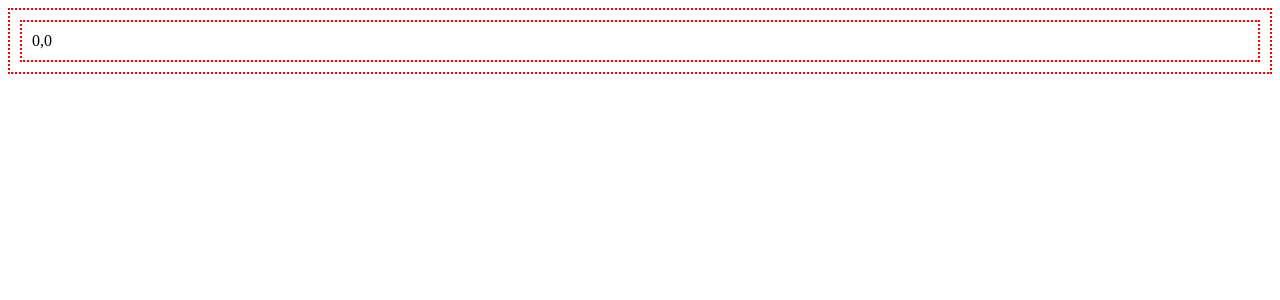
Repository: LavriaNeptune/vue-playground
Page: reusability/composables/composables.html
The author's editor kept a copy of each file at every save. The page is drawn from the files as they stood at one save, then again after a run of saves.
The browser window is 1280 px wide. The pictures show the whole page.

Above is the page before, as saved 2022-08-25 16:07:36.

After the next 4 saves:
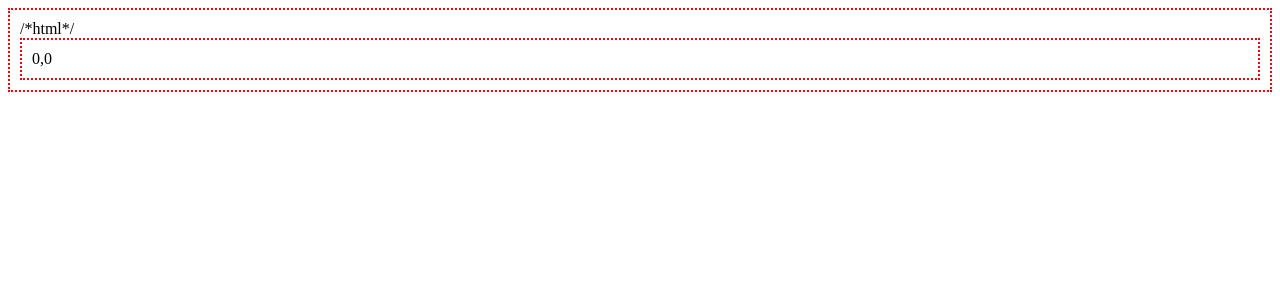
The 4 saves are shown as one change because they came seconds apart.
The last was saved 5 h 15 min later.
--- a/reusability/composables/composables.html
+++ b/reusability/composables/composables.html
@@ -18,7 +18,7 @@
 
       const { createApp } = Vue;
       const app = createApp({
-        template: `<MyComponent></MyComponent>`,
+        template: `/*html*/<MyComponent></MyComponent>`,
       });
       app.component('MyComponent', MyComponent);
 

After the save that followed:
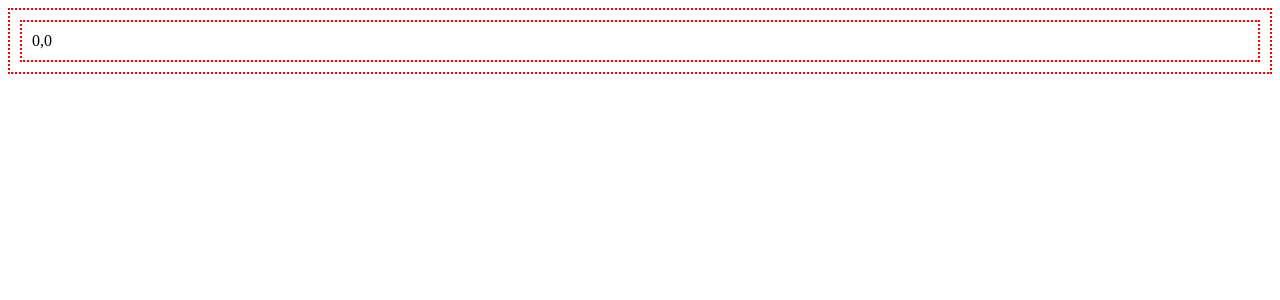
Saved 9 s later.
--- a/reusability/composables/composables.html
+++ b/reusability/composables/composables.html
@@ -18,7 +18,7 @@
 
       const { createApp } = Vue;
       const app = createApp({
-        template: `/*html*/<MyComponent></MyComponent>`,
+        template: `<MyComponent></MyComponent>`,
       });
       app.component('MyComponent', MyComponent);
 
